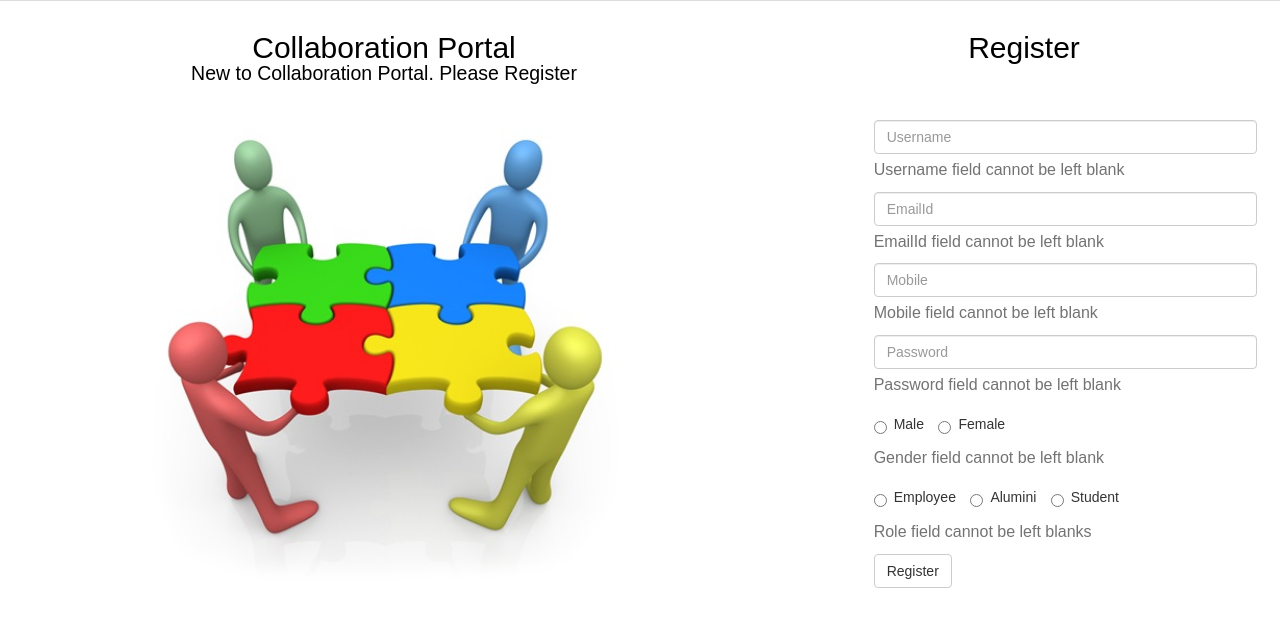
Repository: KaustubhKamat/CollaborationPlatform
Page: CollaborationFrontEnd/WebContent/c_user/Register.html
The author's editor kept a copy of each file at every save. The page is drawn from the files as they stood at one save, then again after the next save.
The browser window is 1280 px wide. The pictures show the whole page.
Some web libraries are served in a nearby version.

Above is the page before, as saved 2017-03-03 11:14:18.

### CollaborationFrontEnd/WebContent/c_user/Register.html
<html>
<head>
<meta charset="ISO-8859-1">
<title>Insert title here</title>
<link rel="stylesheet"
	href="https://maxcdn.bootstrapcdn.com/bootstrap/3.3.7/css/bootstrap.min.css">
<script
	src="https://ajax.googleapis.com/ajax/libs/jquery/1.12.4/jquery.min.js"></script>
<link rel="stylesheet"
	href="https://maxcdn.bootstrapcdn.com/font-awesome/4.4.0/css/font-awesome.min.css">
<script
	src="https://maxcdn.bootstrapcdn.com/bootstrap/3.3.7/js/bootstrap.min.js"></script>
	<script src="https://ajax.googleapis.com/ajax/libs/angularjs/1.4.8/angular.min.js"></script>
</head>
<body>

<head>

<link rel="stylesheet"
	href="https://maxcdn.bootstrapcdn.com/bootstrap/3.3.7/css/bootstrap.min.css">
<script
	src="https://ajax.googleapis.com/ajax/libs/jquery/3.1.1/jquery.min.js"></script>
<script
	src="https://maxcdn.bootstrapcdn.com/bootstrap/3.3.7/js/bootstrap.min.js"></script>
<style>
body {
	font-family: sans-serif;

}

form {
	margin: 25px auto;
	font-size: medium;
	padding: 10px 20px;
	border-radius: 10px;
	text-align: justify;
}

body {
	background:
}

h2 {
	text-align: center;
}

</style>
<meta http-equiv="Content-Type" content="text/html; charset=ISO-8859-1">
<title>Insert title here</title>
</head>

<body ng-app="">


<div ng-controller="UserController as ctrl">

<table class="table" style=" background: linear-gradient(white, lightred);">
<tr>
<td width="60%" valign="top" style="padding-top: 10px">
<center> <h2 style="color:black;">Collaboration Portal <br><small style="color:black;">New to Collaboration Portal. Please Register</small> </h2></center>
<center><img src="resources/Images/register.jpg" height="500px"></center>
</td>
<td width="40%" style="padding-top: 10px">
<h2 style="color:black;">Register</h2>

<br>
<br>
		<div class="form-group" ng-class="{'has-error' : form.username.$dirty && form.username.$error.required}">
    <div class="col-sm-offset-2 col-sm-10">
      <input type="text" class="form-control" placeholder="Username" ng-model="ctrl.user.username" id="username" name="username" required>
      <span ng-show="form.username.$dirty && form.username.$error.required" class="help-block">Username field cannot be left blank</span>
    </div>
  </div>

   <div class="form-group" ng-class="{'has-error' : form.emailId.$dirty && form.emailId.$error.required}">
    <div class="col-sm-offset-2 col-sm-10">
      <input type="email" class="form-control" placeholder="EmailId" ng-model="ctrl.user.emailId" id="emailId" name="emailId" required>
      <span ng-show="form.emailId.$dirty && form.emailId.$error.required" class="help-block">EmailId field cannot be left blank</span>
    </div>
  </div>

  <div class="form-group" ng-class="{'has-error' : form.mobile.$dirty && form.mobile.$error.required}">
    <div class="col-sm-offset-2 col-sm-10">
      <input type="text" class="form-control" placeholder="Mobile" ng-model="ctrl.user.mobile" id="mobile" name="mobile" required>
       <span ng-show="form.mobile.$dirty && form.mobile.$error.required" class="help-block">Mobile field cannot be left blank </span>
    </div>
  </div>

  <div class="form-group" ng-class="{'has-error' : form.password.$dirty && form.password.$error.required}">
    <div class="col-sm-offset-2 col-sm-10">
      <input type="password" class="form-control" placeholder="Password" ng-model="ctrl.user.password" id="password" name="password" required>
       <span ng-show="form.password.$dirty && form.password.$error.required" class="help-block">Password field cannot be left blank</span>
    </div>
  </div>

  <div class="form-group" ng-class="{'has-error' : form.gender.$dirty && form.gender.$error.required}">
   <div class="col-sm-offset-2 col-sm-10">
    <label class="radio-inline">
     <h5> <input type="radio" name="gender" ng-model="ctrl.user.gender" id="gender" ng-value="'Male'">Male</h5>
    </label>
    <label class="radio-inline">
   <h5>   <input type="radio" name="gender" ng-model="ctrl.user.gender" id="gender" ng-value="'Female'">Female</h5>
    </label>
          <span ng-show="form.gender.$dirty && form.gender.$error.required" class="help-block">Gender field cannot be left blank</span>

</div>

  <div class="form-group" ng-class="{'has-error' : form.role.$dirty && form.role.$error.required}">
   <div class="col-sm-offset-2 col-sm-10">
  <label class="radio-inline">
     <h5> <input type="radio" name="role" ng-model="ctrl.user.role" ng-value="'Employee'"  id="role">Employee</h5>
    </label>
    <label class="radio-inline">
   <h5>   <input type="radio" name="role" ng-model="ctrl.user.role" ng-value="'Alumini'" id="role">Alumini</h5>
    </label>
    <label class="radio-inline">
    <h5>  <input type="radio" name="role" ng-model="ctrl.user.role" ng-value="'Student'" id="role">Student</h5>
    </label>
    <span ng-show="form.role.$dirty && form.role.$error.required" class="help-block">Role field cannot be left blanks</span>
</div>
		<div class="form-group">
			<div class="col-sm-offset-2 col-sm-10">
				<button type="submit" class="btn btn-default">Register</button>
		</div>

		</div>
	</form>
	</div>
</td>

 </body>
 </html>

After the next save:
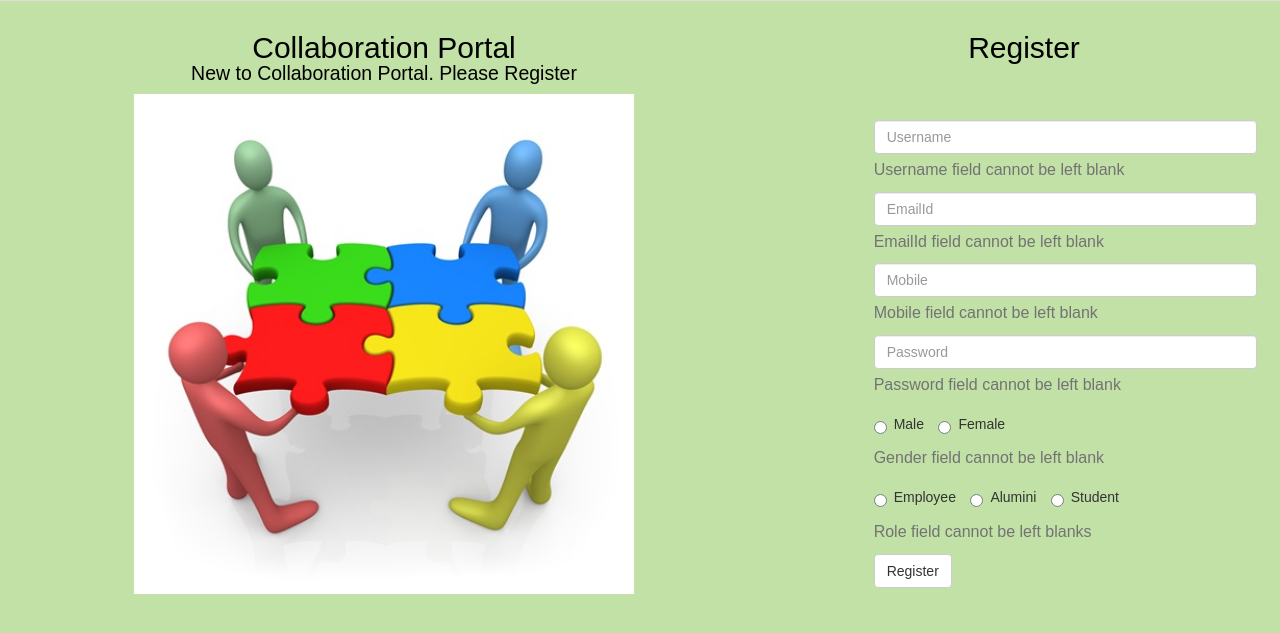
Saved 83 s later.
--- a/CollaborationFrontEnd/WebContent/c_user/Register.html
+++ b/CollaborationFrontEnd/WebContent/c_user/Register.html
@@ -37,7 +37,7 @@
 }
 
 body {
-	background:
+	background-color: #C1E1A6;
 }
 
 h2 {

After the 2 saves that followed:
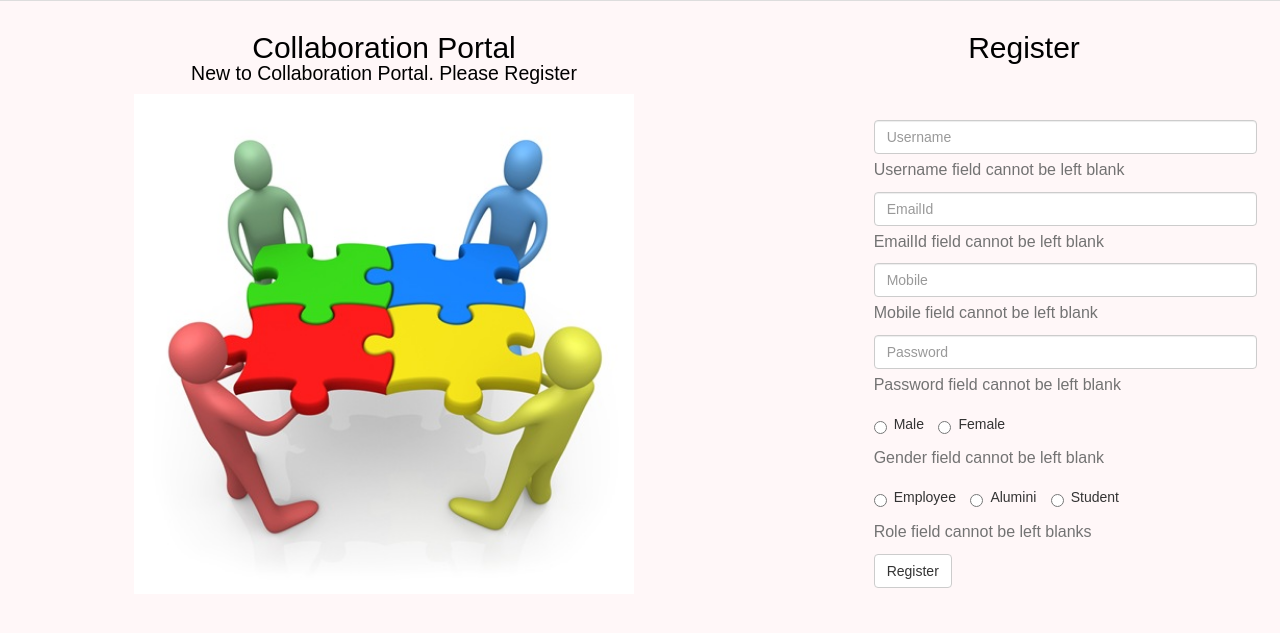
The 2 saves are shown as one change because they came seconds apart.
The last was saved 2 min 27 s later.
--- a/CollaborationFrontEnd/WebContent/c_user/Register.html
+++ b/CollaborationFrontEnd/WebContent/c_user/Register.html
@@ -37,7 +37,7 @@
 }
 
 body {
-	background-color: #C1E1A6;
+	background-color: #FFF7F8;
 }
 
 h2 {
